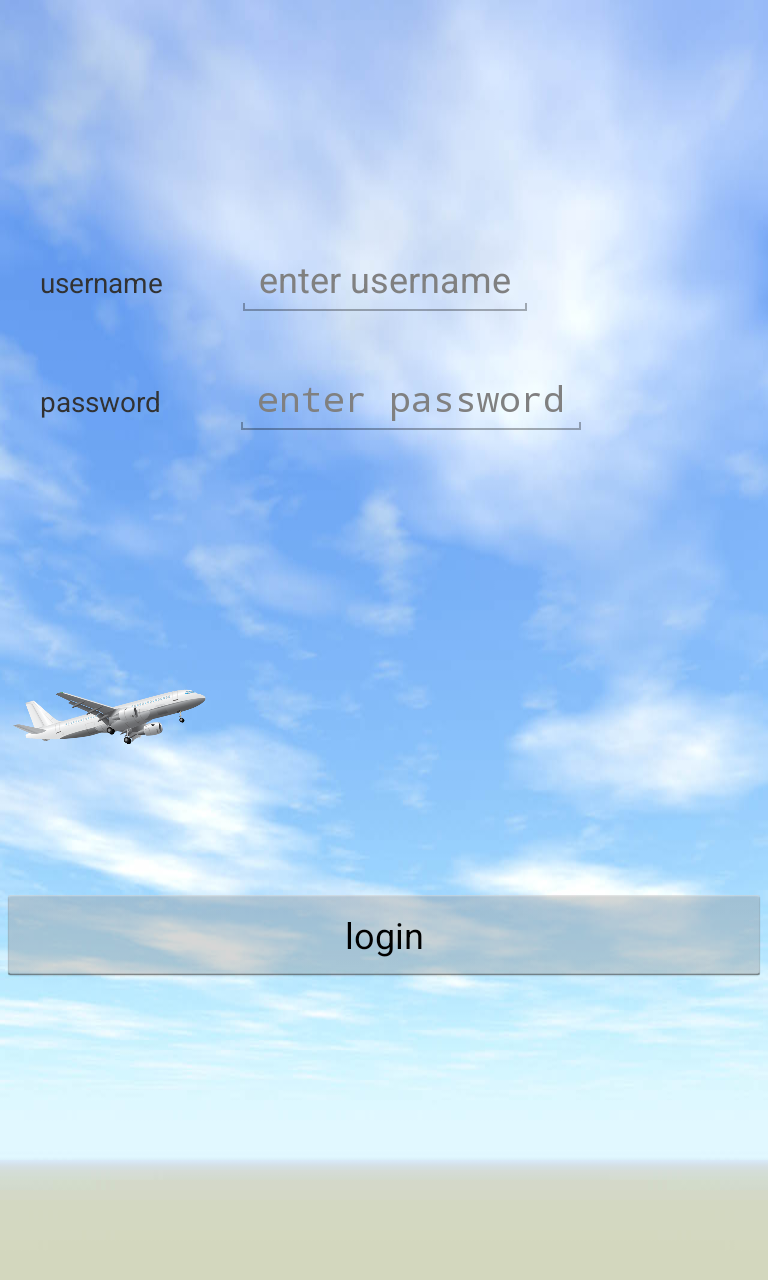
Repository: prernanain27/Android-Travel-Project
Layout: Itravel/res/layout/activity_finalproject.xml
These files come from the project's save history. The layout is drawn as it stood at one moment and after the next save; the edit follows.
It is drawn on a 768 x 1280 px phone screen (xhdpi) without system bars, with theme AppTheme; the app's code is not run.

Above is the layout before, as saved 2013-09-21 04:24:33.

After the next save:
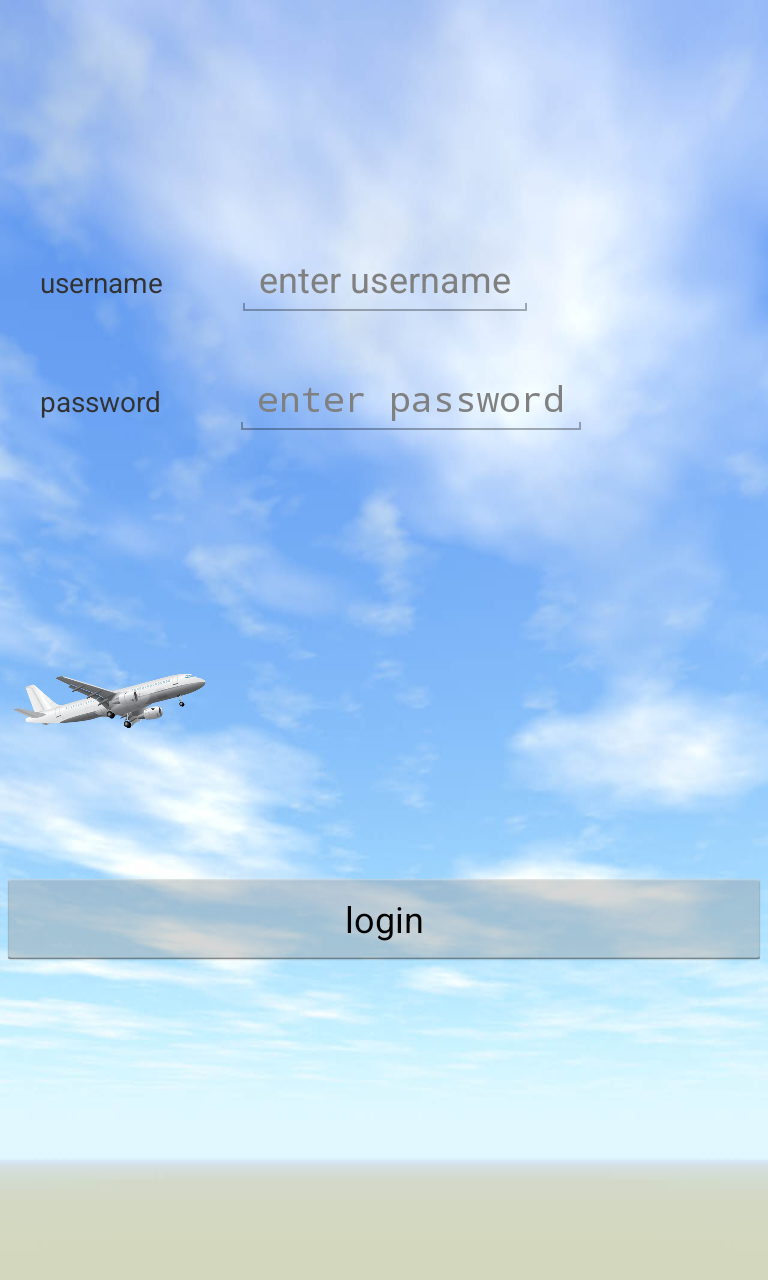
Saved 11 s later.
--- a/Itravel/res/layout/activity_finalproject.xml
+++ b/Itravel/res/layout/activity_finalproject.xml
@@ -89,7 +89,7 @@
         android:layout_width="100dp"
         android:layout_height="100dp"
         android:layout_marginLeft="05dp"
-        android:layout_marginTop="15dp"
+        android:layout_marginTop="07dp"
         android:src="@drawable/plane" />
 <Button
     android:layout_height="wrap_content"
